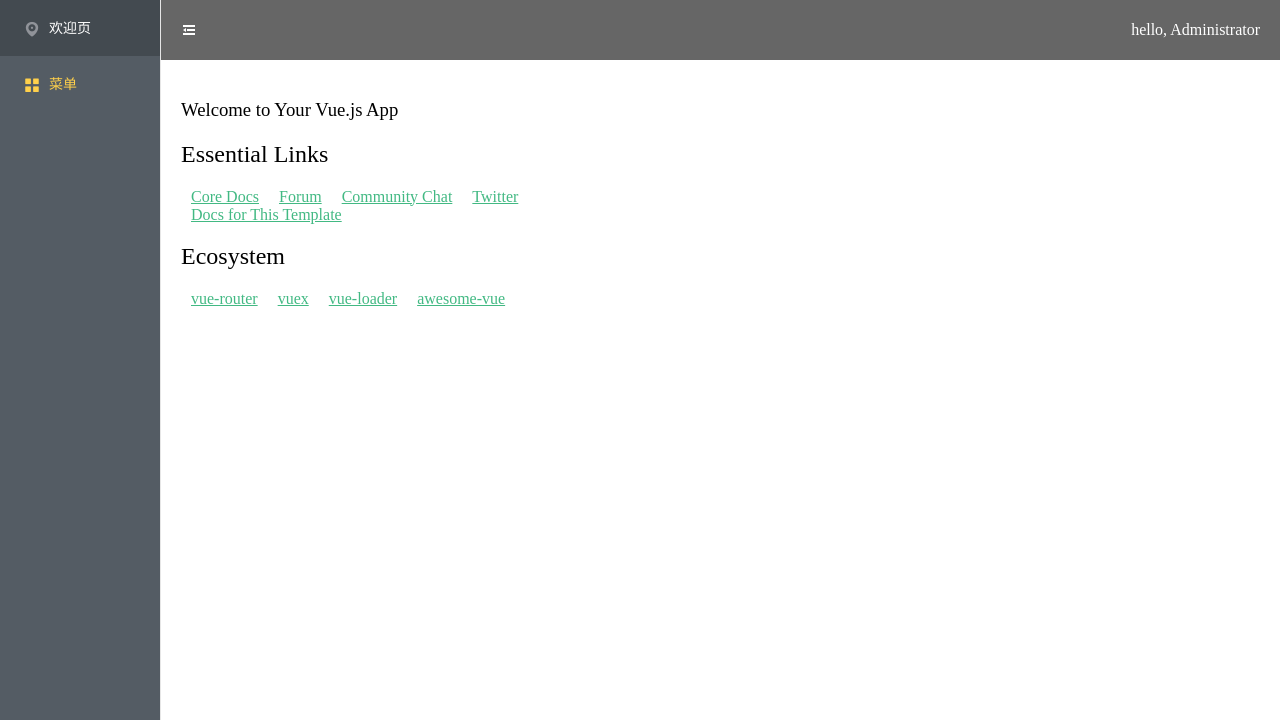
Repository: qianxuebing/admin
Page: /HelloWorld
The author's editor kept a copy of each file at every save. The page is drawn from the files as they stood at one save, then again after the next save.
The browser window is 1280 px wide. The pictures show the whole page.
The project was rebuilt for these pictures with package versions that can differ from the ones it lists, and the page was loaded fresh each time. Imported but missing from the stored project, and not drawn on this page: src/views/home/Home.

Above is the page before, as saved 2019-12-09 16:20:00.

After the next save:
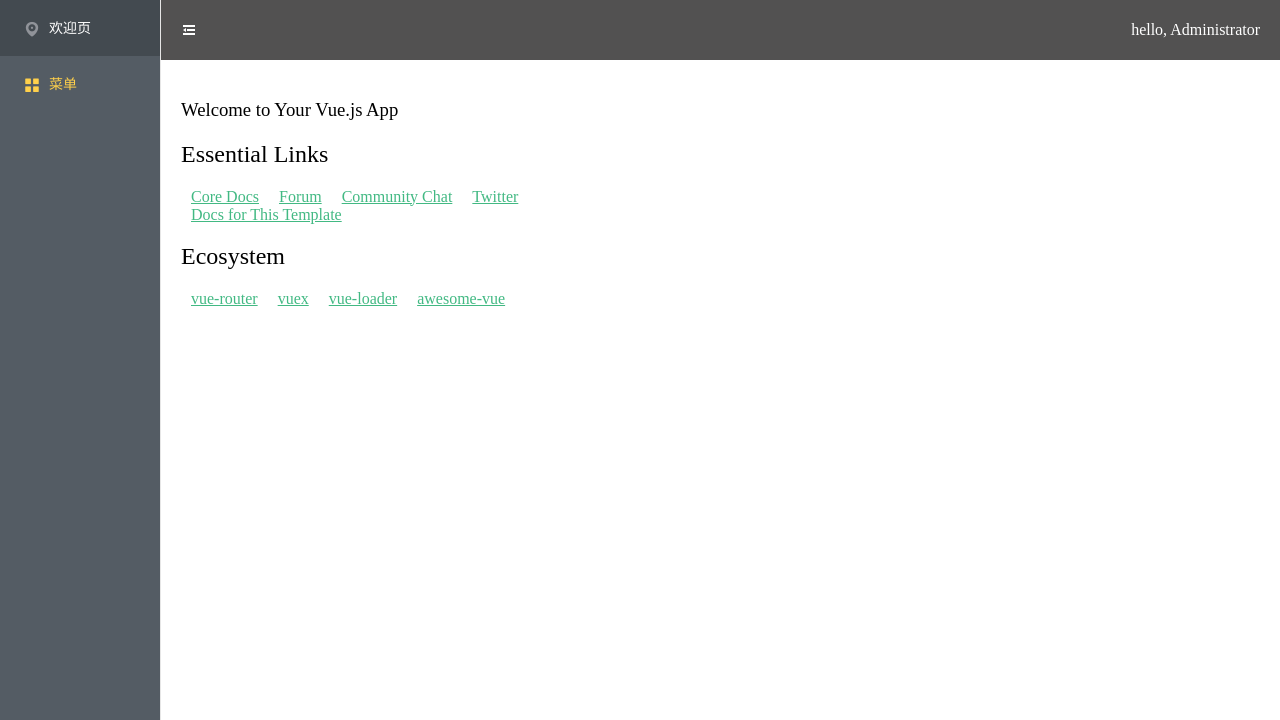
Saved 22 s later.
--- a/src/views/layout/Layout.vue
+++ b/src/views/layout/Layout.vue
@@ -28,7 +28,7 @@ export default {
     height: 100%;
   }
   .header{
-    background: #666;
+    background: rgb(82, 81, 81);
     color: #fff;
   }
 </style>
